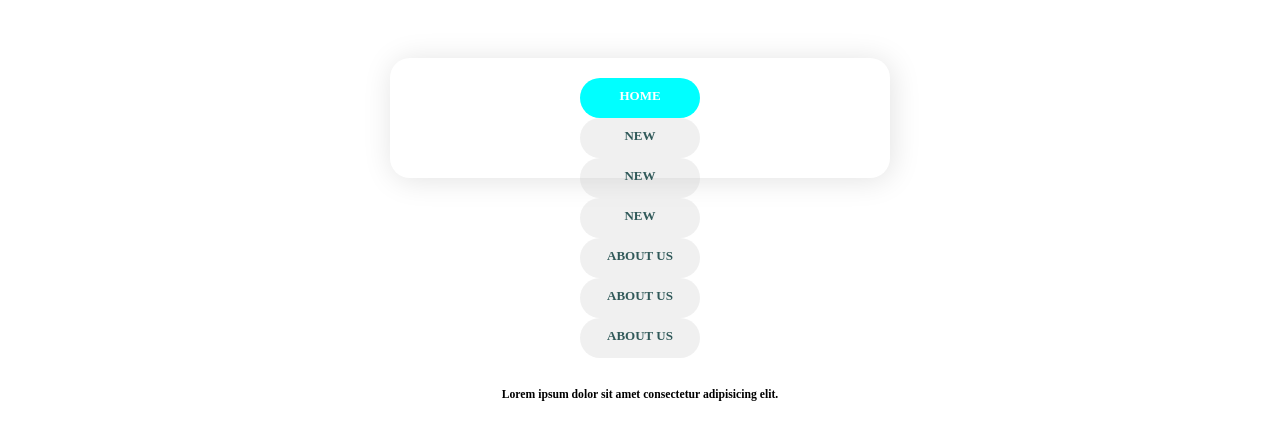
Repository: KHANHD192/JS_evondev
Page: eondev/tab_scroll/index.html
An editor plug-in stored every save of this project. The page is shown before and after the next save, followed by the edit.
The browser window is 1280 px wide. The pictures show the whole page.

Above is the page before, as saved 2023-05-30 11:19:41.

### eondev/tab_scroll/index.html
<!DOCTYPE html>
<html lang="en">
<head>
    <meta charset="UTF-8">
    <meta http-equiv="X-UA-Compatible" content="IE=edge">
    <meta name="viewport" content="width=device-width, initial-scale=1.0">
    <title>tab</title>
    <style>

       html{
        box-sizing: border-box;
        font-size: 62.5%;
       }
       .tab_content {
         display: none;
       }
       .tab-item.active{
        background-color: aqua;
        color: white;

       }
       .tab-item{
        background-color: rgba(192, 192, 192, 0.24);
        color:rgb(49, 90, 90);
       }
       body{
        display: flex;
        justify-content: center;
        align-items: center;

       }
       .tab_container{
        margin-top:5rem;
        width: 50rem;
        height: 12rem;
        box-shadow: 2px 2px 3rem rgba(0, 0, 0, 0.116);
        /* border: 1px solid slategray; */
        position: relative;
        border-radius: 2rem;

       }
       .tab_list{
        width: 100%;
        margin-top: 2rem;
        display: flex;
        justify-content: space-around;
        overflow-x: auto;
        overflow-y: hidden; /* Disable vertical scrolling */
       white-space: nowrap;
       }
       .tab-item{
        user-select: none;
        width: 12rem;
        height: 3rem;
        border-radius: 999px;
        cursor: pointer;
        text-align: center;
        font-weight: bold;
        font-size: 1.3rem;
        padding-top: 1rem;
       }
       .tab_wrap{
        margin-top: 3rem;
         text-align: center;
       }
       .tab_content.active{
            display: block;
       }
    </style>
</head>
<body>
    <div class="tab_container">
        <div class="tab_list">
           <div class="list_content">
            <div class="tab-item active">HOME</div>
            <div class="tab-item ">NEW</div>
            <div class="tab-item ">NEW</div>
            <div class="tab-item ">NEW</div>
            <div class="tab-item ">ABOUT US</div>
            <div class="tab-item ">ABOUT US</div>
            <div class="tab-item ">ABOUT US</div>
           </div>
        </div>
        <div class="tab_wrap">
            <div class="tab_content active">
                <h3 class="content_ders">
                    Lorem ipsum dolor sit amet consectetur adipisicing elit.
                </h3>
            </div>
            <div class="tab_content">
                <h3 class="content_ders">
                    còn gì đâu mà khóc với sầu !
                </h3>
            </div>
            <div class="tab_content">
                <h3 class="content_ders">
                    chào anh đi em ơiii huhuhu!
                </h3>
            </div>
        </div>
    </div>
    <script src="./app.js"></script>
</body>
</html>

### eondev/tab_scroll/app.js
function click_sildeTab(){
   let button = document.querySelectorAll('.tab-item');
   console.log(button);
   let ders = document.querySelectorAll('.tab_content');
   for(let i = 0 ; i < button.length ; i++){
      button[i].onclick = function(){
         // xử dụng kĩ thuật là css cứng cho 1 item đã active rồi khi click vào button khác thì chỉ việc xóa class active đó rồi gán vô class khác !
         let currentDers = document.querySelector('.tab_content.active');
          currentDers.classList.remove('active');
         ders[i].classList.add('active');

         let buttonCurrent = document.querySelector('.tab-item.active');
         buttonCurrent.classList.remove('active');
         button[i].classList.add('active');
         }
   }

}
click_sildeTab();

After the next save:
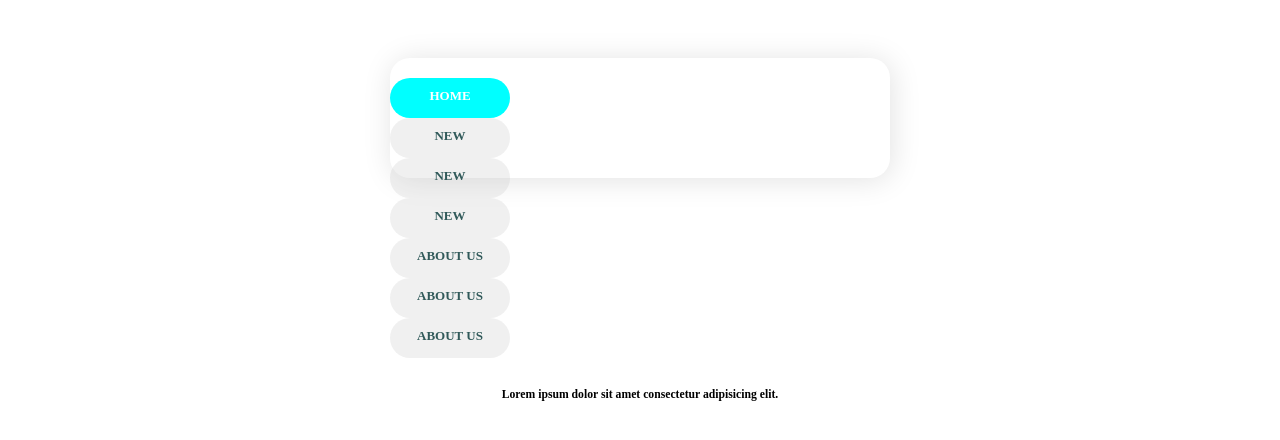
Saved 37 s later.
--- a/eondev/tab_scroll/index.html
+++ b/eondev/tab_scroll/index.html
@@ -45,8 +45,11 @@
         display: flex;
         justify-content: space-around;
         overflow-x: auto;
-        overflow-y: hidden; /* Disable vertical scrolling */
-       white-space: nowrap;
+
+       }
+       .list_content{
+        width: 500%;
+        white-space: nowrap;
        }
        .tab-item{
         user-select: none;
